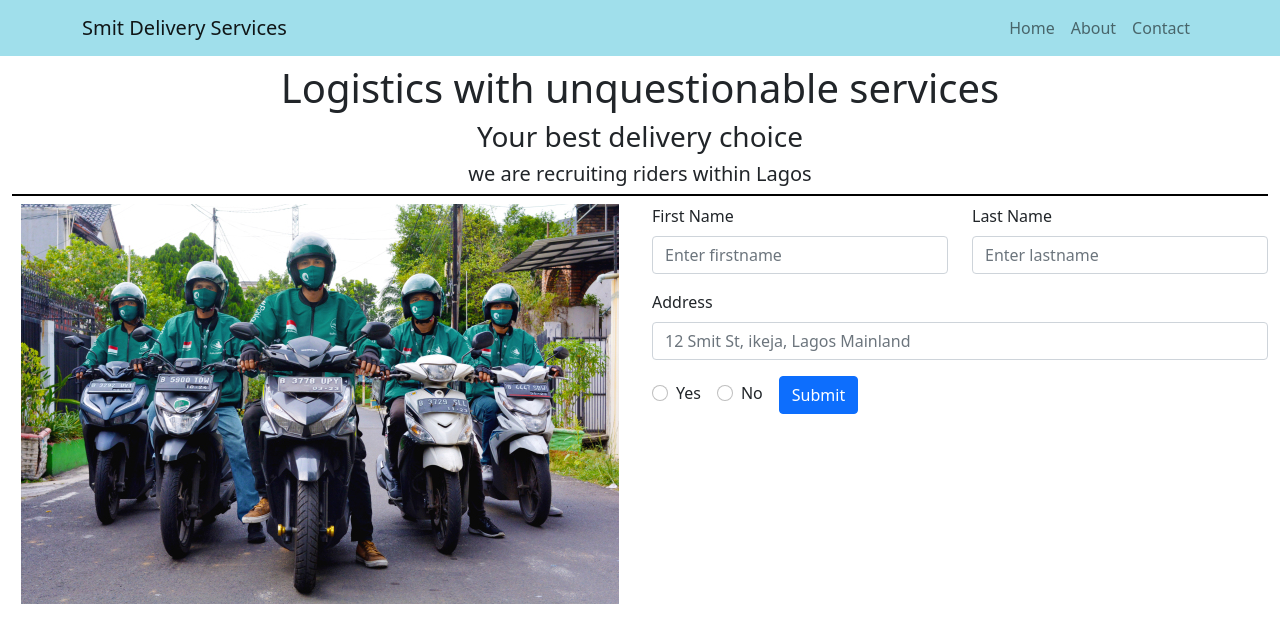
Repository: smit1298/logistic
Page: /
These files come from the project's save history. The page is drawn as it stood at one moment and after the next save; the edit follows.
The browser window is 1280 px wide. The pictures show the whole page.
The project was rebuilt for these pictures with package versions that can differ from the ones it lists, and the page was loaded fresh each time.

Above is the page before, as saved 2021-10-04 04:05:22.

### public/index.html
<!DOCTYPE html>
<html lang="en">
  <head>
    <meta charset="utf-8" />
    <link rel="icon" href="%PUBLIC_URL%/favicon.ico" />
    <meta name="viewport" content="width=device-width, initial-scale=1" />
    <meta name="theme-color" content="#000000" />
    <meta
      name="description"
      content="Web site created using create-react-app"
    />
    <link rel="apple-touch-icon" href="%PUBLIC_URL%/logo192.png" />

    <link rel="manifest" href="%PUBLIC_URL%/manifest.json" />

    <title>Smit Delivery Services</title>
  </head>
  <body>
    <noscript>You need to enable JavaScript to run this app.</noscript>
    <div id="root"></div>

  </body>
</html>

### src/App.js
// import './App.css';
import Navs from './components/navs/Navs';
import RecruitForm from './components/recruit/RecruitForm';

function App() {
  return (
    <div>
      <Navs />
      <RecruitForm />
    </div>
  );
}

export default App;

### src/components/Navs/Navs.jsx
import React from "react";
import "bootstrap/dist/css/bootstrap.css";
import { Navbar, Container, Nav } from "react-bootstrap";
import './Navs.css'

 const Navs = () => {
  return (
    <div>
      <Navbar id='navbar' bg="light" expand="lg">
        <Container>
          <Navbar.Brand href="#home">Smit Delivery Services</Navbar.Brand>
          <Navbar.Toggle aria-controls="basic-navbar-nav" />
          <Navbar.Collapse id="basic-navbar-nav">
            <Nav className="ms-auto">
              <Nav.Link href="#home">Home</Nav.Link>
              <Nav.Link href="#about">About </Nav.Link>
              <Nav.Link href="#contact">Contact </Nav.Link>
            </Nav>
          </Navbar.Collapse>
        </Container>
      </Navbar>
    </div>
  );
};

export default Navs;

### src/components/recruit/RecruitForm.jsx
import React from "react";
import "bootstrap/dist/css/bootstrap.css";
import { Row, Col, Form, Button } from "react-bootstrap";
import Left from "../images/background.jpg";
import "./RecruitForm.css";

const recruitForm = () => {
  return (
    <div className="container-fluid" id="recruit">
      <div className="mt-2 justify-content-md-center" id="top">
        <h1 className="text-center">Logistics with unquestionable services</h1>
        <h3 className="text-center">Your best delivery choice</h3>
        <h5 className="text-center">we are recruiting riders within Lagos</h5>
      </div>
      <Row className="mt-2">
        <Col className=" mb-2 ms-auto text-center">
          <img src={Left} alt="" />
        </Col>
        <Col className="me-auto">
          <Form>
            <Row className="mb-3">
              <Form.Group as={Col} controlId="formGridName">
                <Form.Label>First Name</Form.Label>
                <Form.Control type="name" placeholder="Enter firstname" />
              </Form.Group>
              <Form.Group as={Col} controlId="formGridName">
                <Form.Label>Last Name</Form.Label>
                <Form.Control type="name" placeholder="Enter lastname" />
              </Form.Group>
            </Row>
            <Form.Group className="mb-3" controlId="formGridAddress1">
              <Form.Label>Address</Form.Label>
              <Form.Control placeholder="12 Smit St, ikeja, Lagos Mainland" />
            </Form.Group>
            <div class="form-check form-check-inline">

              <input
                class="form-check-input"
                type="radio"
                name="inlineRadioOptions"
                id="inlineRadio1"
                value="option1"
              />
              <label class="form-check-label" for="inlineRadio1">
                Yes
              </label>
            </div>
            <div class="form-check form-check-inline">
                              <input
                class="form-check-input"
                type="radio"
                name="inlineRadioOptions"
                id="inlineRadio2"
                value="option2"
              />
              <label class="form-check-label" for="inlineRadio2">
                No
              </label>
            </div>


            <Button variant="primary" type="submit">
              Submit
            </Button>
          </Form>
        </Col>
      </Row>
    </div>
  );
};

export default recruitForm;

### src/components/Navs/Navs.css
#navbar{
    background-color: rgb(160, 223, 235) !important;
    font-weight: 400 !important;
}

### src/components/recruit/RecruitForm.css
body,
html {
  height: 100% !important;
}

#top {
    border-bottom: 2px solid black;
  /* background-image: url("../images/lorry.jpg"); */
  height: 100% !important;
  background-position: center;
  background-repeat: no-repeat;
  background-size: cover;
  /* border: 1px solid black; */
  /* border-radius: 10px; */
}

Loaded but not shown: src/index.js (common file); src/index.css (common file); src/reportWebVitals.js (common file)

After the next save:
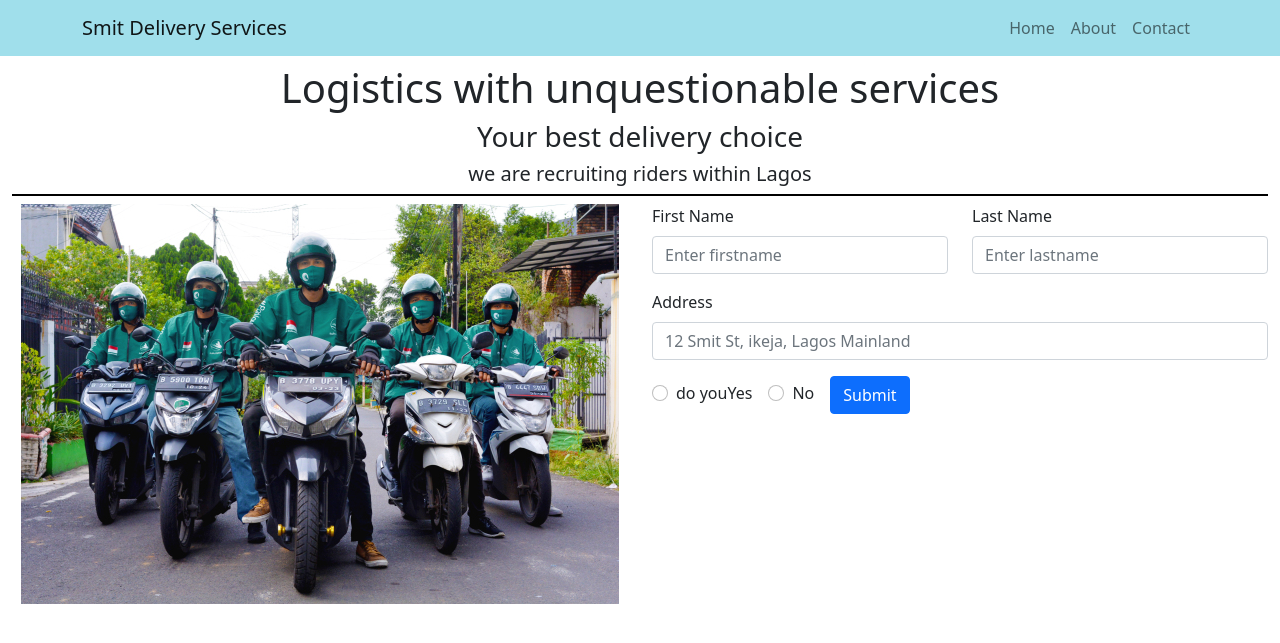
Saved 10 s later.
--- a/src/components/recruit/RecruitForm.jsx
+++ b/src/components/recruit/RecruitForm.jsx
@@ -33,7 +33,7 @@
               <Form.Control placeholder="12 Smit St, ikeja, Lagos Mainland" />
             </Form.Group>
             <div class="form-check form-check-inline">
-
+do you
               <input
                 class="form-check-input"
                 type="radio"

After the save that followed:
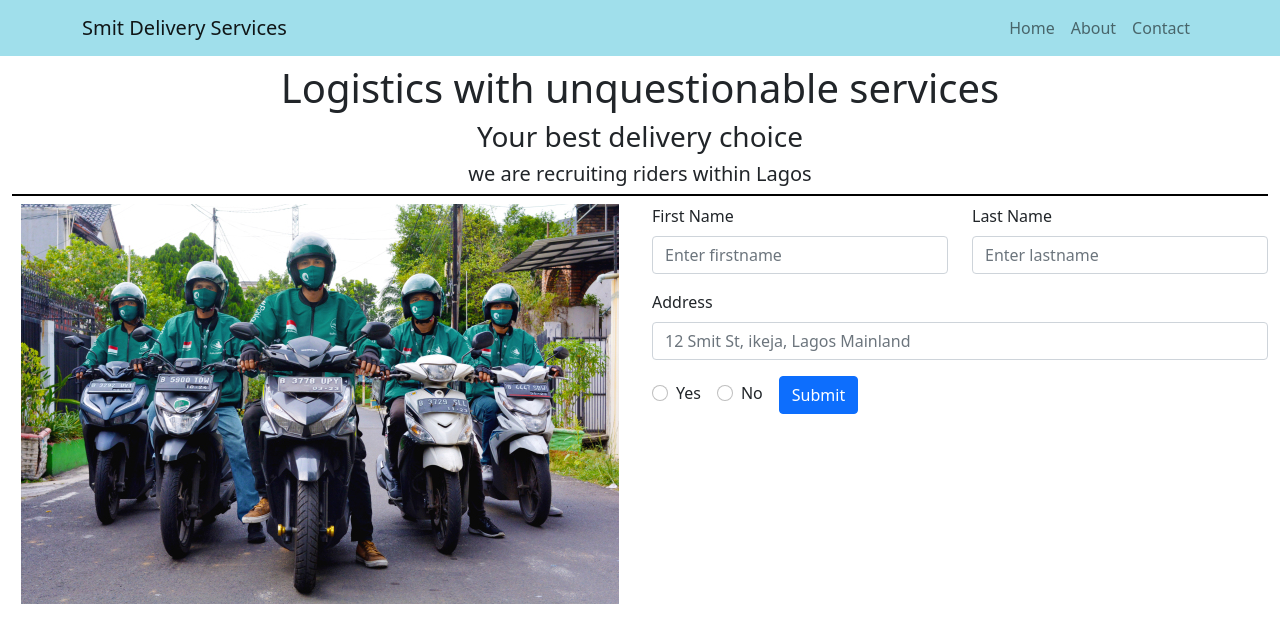
Saved 18 s later.
--- a/src/components/recruit/RecruitForm.jsx
+++ b/src/components/recruit/RecruitForm.jsx
@@ -33,7 +33,7 @@
               <Form.Control placeholder="12 Smit St, ikeja, Lagos Mainland" />
             </Form.Group>
             <div class="form-check form-check-inline">
-do you
+
               <input
                 class="form-check-input"
                 type="radio"
